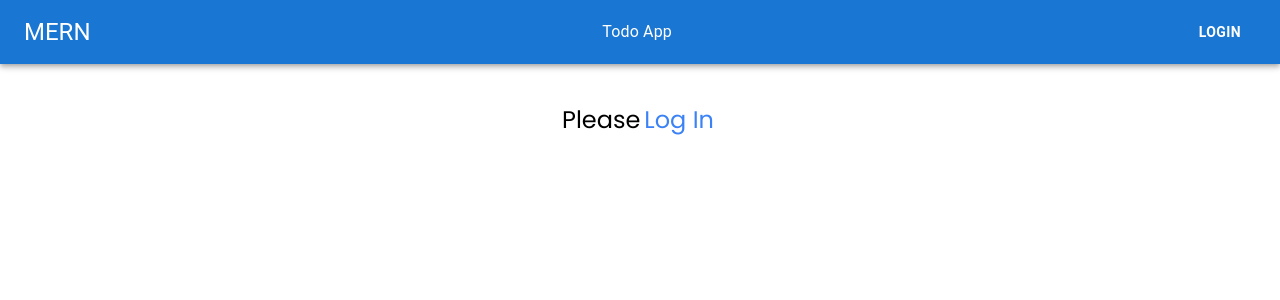
Repository: Nurlan-Bakenbaev/MERN--todo
Page: /home (app in client/)
An editor plug-in stored every save of this project. The page is shown before and after the next save, followed by the edit.
The browser window is 1280 px wide. The pictures show the whole page.
The page's requests for data from a server got no answer. The project was rebuilt for these pictures with package versions that can differ from the ones it lists, and the page was loaded fresh each time. No one was signed in, and anything a server would have sent is missing. Also part of the build but not shown: client/vite.config.js, client/src/pages/Login.jsx, client/src/components/TodosLIst.jsx, client/src/components/Buttons.jsx, client/src/pages/Register.jsx.

Above is the page before, as saved 2023-10-18 13:05:36.

After the next save:
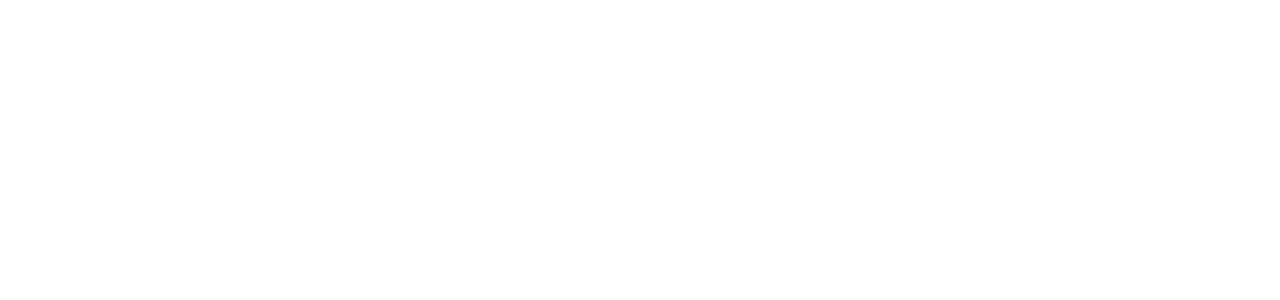
Console error: ReferenceError: useEffect is not defined
Saved 2 min 47 s later.
--- a/client/src/pages/Home.jsx
+++ b/client/src/pages/Home.jsx
@@ -46,6 +46,9 @@
       console.log(error);
     }
   }, [text, userId, todos]);
+  useEffect(() => {
+    getTodo();
+  }, [getTodo]);
   return (
     <div className="w-[80%] mx-auto ">
       {isLogin ? (

After the 2 saves that followed:
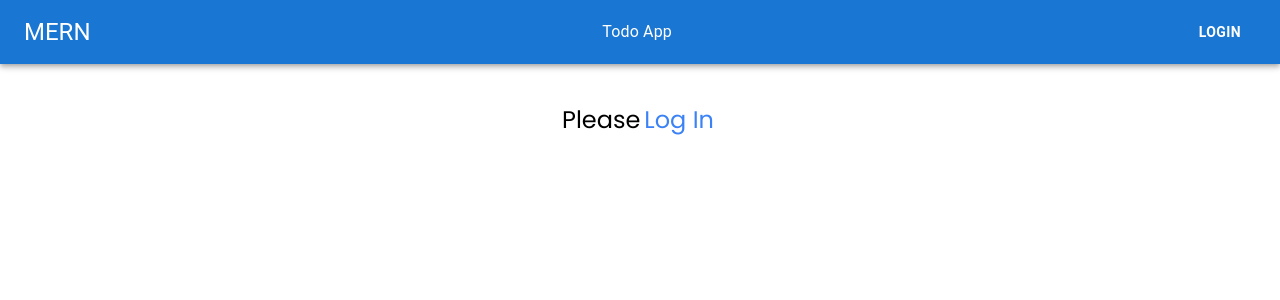
The error is gone.
The 2 saves are shown as one change because they came seconds apart.
The last was saved 8 s later.
--- a/client/src/pages/Home.jsx
+++ b/client/src/pages/Home.jsx
@@ -1,7 +1,7 @@
 import { Button, TextField } from "@mui/material";
 import { Link } from "react-router-dom";
 
-import { useCallback, useContext, useState } from "react";
+import { useCallback, useContext, useEffect, useState } from "react";
 import { AuthContext } from "../context/AuthContext";
 import axios from "axios";
 import TodosLIst from "../components/TodosLIst";
@@ -40,7 +40,6 @@
         .then((response) => {
           setTodos([...todos], response.data);
           setText("");
-
         });
     } catch (error) {
       console.log(error);
